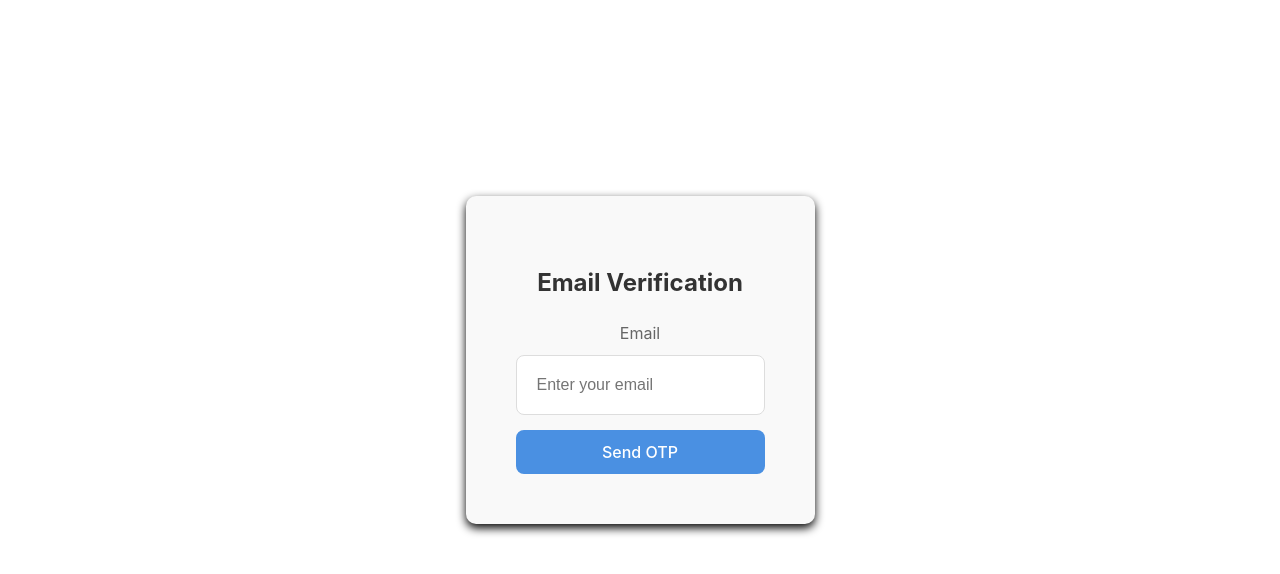
Repository: sarathraj2002/MockTest
Page: / (app in Frontend/)
An editor plug-in stored every save of this project. The page is shown before and after the next save, followed by the edit.
The browser window is 1280 px wide. The pictures show the whole page.
The project was rebuilt for these pictures with package versions that can differ from the ones it lists, and the page was loaded fresh each time. Also part of the build but not shown: Frontend/vite.config.js, Frontend/src/components/Home.jsx, Frontend/src/components/Mail.jsx.

Above is the page before, as saved 2024-11-13 17:02:44.

### Frontend/index.html
<!doctype html>
<html lang="en">
  <head>
    <meta charset="UTF-8" />
    <link rel="icon" type="image/svg+xml" href="/vite.svg" />
    <meta name="viewport" content="width=device-width, initial-scale=1.0" />
    <title>MockTest</title>
  </head>
  <body>
    <div id="root"></div>
    <script type="module" src="/src/main.jsx"></script>
  </body>
</html>

### Frontend/src/main.jsx
import { StrictMode } from 'react'
import { createRoot } from 'react-dom/client'
import App from './App.jsx'
import './index.css'
import { BrowserRouter } from 'react-router-dom'


createRoot(document.getElementById('root')).render(
  <StrictMode>
     <BrowserRouter>
    <App />
    </BrowserRouter>
  </StrictMode>,
)

### Frontend/src/App.jsx
import { useState } from 'react'
import './App.css'
import Otp from './components/Otp'
import { Home } from './components/Home'
import { Route,Routes,useNavigate } from 'react-router-dom'
import Mail from './components/Mail'

function App() {
  const [email, setEmail] = useState('');
  const navigate = useNavigate();
  const handleEmailSubmit=(email)=>{
    setEmail(email);
    navigate('/check');
  }


  return (
    <>
    <Routes>
      <Route path='/' element={<Otp onEmailSubmit={handleEmailSubmit}/>}></Route>
      <Route path='/check' element={<Mail/>}></Route>
      <Route path='/home' element={<Home/>}></Route>
    </Routes>
    </>
  )
}

export default App

### Frontend/src/components/Otp.jsx
import React, { useState } from 'react';
import axios from 'axios';

function Email({ onEmailSubmit }) {
  const [email, setEmail] = useState('');
  const [otp, setOtp] = useState('');
  const [errorMessage, setErrorMessage] = useState('');
  const [otpSent, setOtpSent] = useState(false);


  const handleEmailSubmit = async (e) => {
    e.preventDefault();
    setErrorMessage('');
    try {

      const response = await axios.post('http://localhost:5000/api/send-otp', { email });
      const data = response.data;

      console.log(data);

      if (data.success) {
        setOtpSent(true);
        onEmailSubmit(email);
      } else {
        setErrorMessage('Error sending OTP. Please try again.');
      }
    } catch (error) {
      setErrorMessage('An error occurred while sending OTP.');
      console.error('Error:', error);
    }
  };


  const handleOtpSubmit = async (e) => {
    e.preventDefault();
    setErrorMessage('');
    try {
      const response = await axios.post('http://localhost:5000/api/verify-otp', { otp });
      const data = response.data;

      if (data.valid) {
        alert('OTP validated successfully!');
      } else {
        setErrorMessage(data.message || 'Invalid OTP. Please try again.');
      }
    } catch (error) {
      setErrorMessage('An error occurred while validating OTP.');
      console.error('Error:', error);
    }
  };

  return (
   <div
  style={{
    maxWidth: '800px',
    margin: 'auto',
    padding: '50px',
    textAlign: 'center',
    backgroundColor: '#f9f9f9',
    boxShadow: '0 4px 10px rgba(2, 2, 2, 2)',
    borderRadius: '10px',
  }}
>
  <h2 style={{ color: '#333', marginBottom: '20px' }}>Email Verification</h2>
  {!otpSent ? (
    <form onSubmit={handleEmailSubmit} style={{ display: 'flex', flexDirection: 'column' }}>
      <label htmlFor="email" style={{ marginBottom: '10px', color: '#666' }}>Email</label>
      <input
        id="email"
        type="email"
        value={email}
        onChange={(e) => setEmail(e.target.value)}
        required
        placeholder="Enter your email"
        style={{
          padding: '20px',
          marginBottom: '15px',
          borderRadius: '8px',
          border: '1px solid #ddd',
          fontSize: '16px',
        }}
      />
      <button
        type="submit"
        style={{
          padding: '12px 20px',
          backgroundColor: '#4a90e2',
          color: 'white',
          border: 'none',
          borderRadius: '8px',
          cursor: 'pointer',
          transition: 'background-color 0.3s',
        }}
        onMouseEnter={(e) => (e.target.style.backgroundColor = '#357ABD')}
        onMouseLeave={(e) => (e.target.style.backgroundColor = '#4a90e2')}
      >
        Send OTP
      </button>
      {errorMessage && (
        <p style={{ color: 'red', marginTop: '15px' }}>
          {errorMessage}
        </p>
      )}
    </form>
  ) : (
    <form onSubmit={handleOtpSubmit} style={{ display: 'flex', flexDirection: 'column' }}>
      <label htmlFor="otp" style={{ marginBottom: '10px', color: '#666' }}>Enter OTP</label>
      <input
        id="otp"
        type="text"
        value={otp}
        onChange={(e) => setOtp(e.target.value)}
        required
        placeholder="Enter OTP"
        style={{
          padding: '12px',
          marginBottom: '15px',
          borderRadius: '8px',
          border: '1px solid #ddd',
          fontSize: '16px',
        }}
      />
      <button
        type="submit"
        style={{
          padding: '12px 20px',
          backgroundColor: '#5cb85c',
          color: 'white',
          border: 'none',
          borderRadius: '8px',
          cursor: 'pointer',
          transition: 'background-color 0.3s',
        }}
        onMouseEnter={(e) => (e.target.style.backgroundColor = '#4CAE4C')}
        onMouseLeave={(e) => (e.target.style.backgroundColor = '#5cb85c')}
      >
        Validate OTP
      </button>
      {errorMessage && (
        <p style={{ color: 'red', marginTop: '15px' }}>
          {errorMessage}
        </p>
      )}
    </form>
  )}
</div>
)}
export default Email;

Loaded but not shown: Frontend/src/index.css (common file); Frontend/src/App.css (common file)

After the next save:
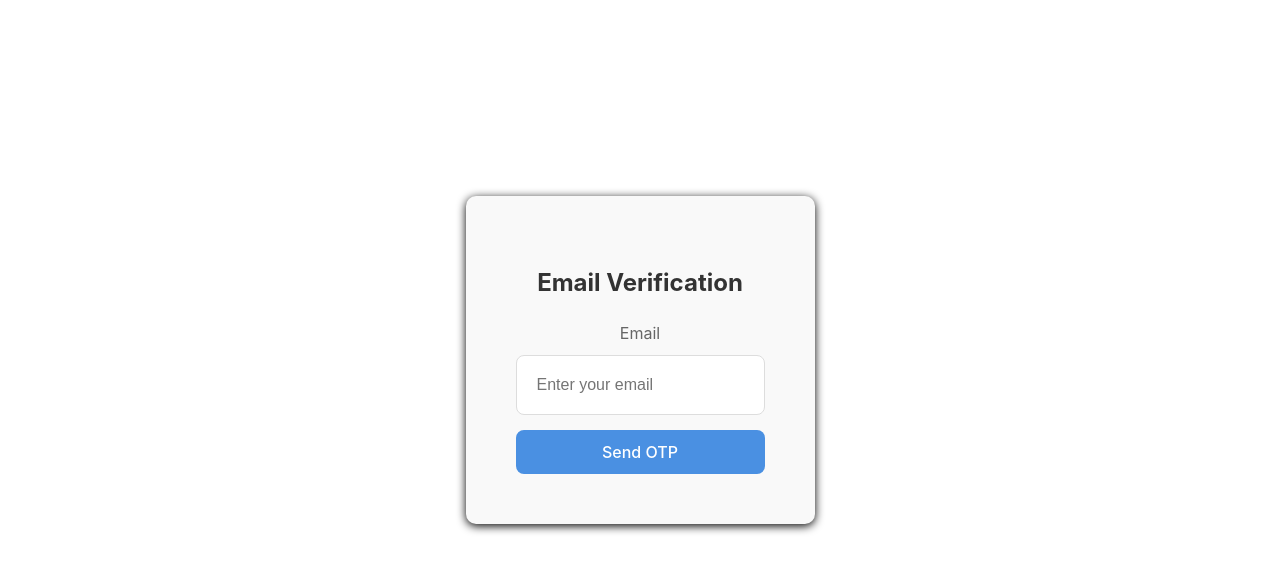
Saved 5 s later.
--- a/Frontend/src/components/Otp.jsx
+++ b/Frontend/src/components/Otp.jsx
@@ -57,7 +57,7 @@ function Email({ onEmailSubmit }) {
     padding: '50px',
     textAlign: 'center',
     backgroundColor: '#f9f9f9',
-    boxShadow: '0 4px 10px rgba(2, 2, 2, 2)',
+    boxShadow: '0 2px 10px rgba(2, 2, 2, 2)',
     borderRadius: '10px',
   }}
 >
